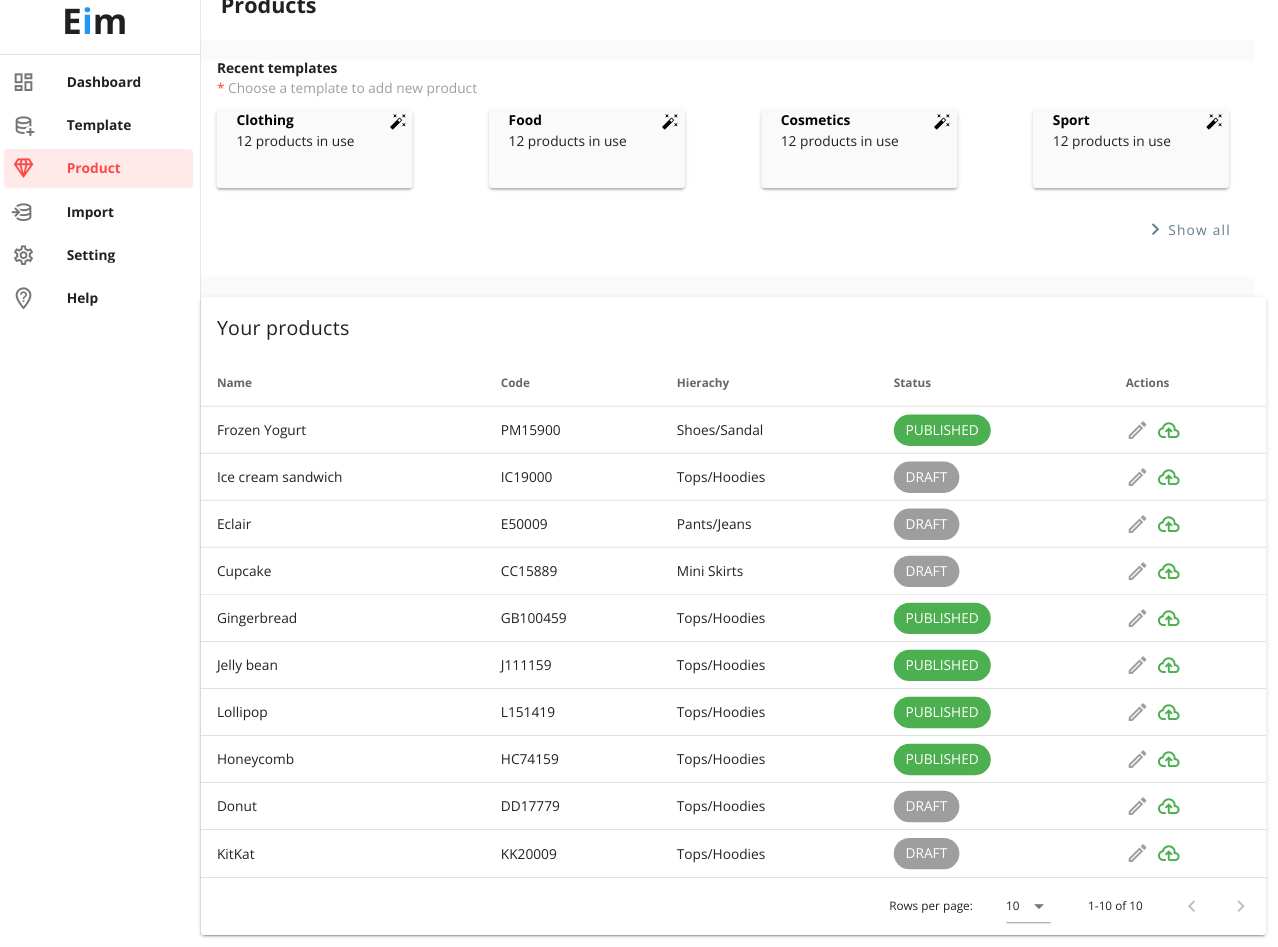
Repository: nguyenphuong152/pim-template
Page: /product
An editor plug-in stored every save of this project. The page is shown before and after the next save, followed by the edit.
The browser window is 1280 px wide. The page is 1304 px wide, so the pictures cover 1304 px, including what lies to the right of the window. The pictures show the whole page, at 98% of full size.
The project was rebuilt for these pictures with package versions that can differ from the ones it lists, and the page was loaded fresh each time. Also part of the build but not shown: vue.config.js, src/views/Home.vue, src/components/Outcome_1/SearchTemplate.vue, src/components/Outcome_1/YourTemplate.vue, src/components/Outcome_1/ListComponent.vue, src/components/Outcome_1/AddInfo.vue, src/components/Outcome_1/AddDetail.vue, src/components/Outcome_1/ListComponentProgressive.vue and 18 more.

Above is the page before, as saved 2021-01-19 00:10:25.

### public/index.html
<!DOCTYPE html>
<html lang="en">
  <head>
    <meta charset="utf-8" />
    <meta http-equiv="X-UA-Compatible" content="IE=edge" />
    <meta name="viewport" content="width=device-width,initial-scale=1.0" />
    <link rel="icon" href="<%= BASE_URL %>favicon.ico" />
    <link rel="preconnect" href="https://fonts.gstatic.com" />
    <link rel="preconnect" href="https://fonts.gstatic.com" />
    <link rel="preconnect" href="https://fonts.gstatic.com" />
    <link
      href="https://fonts.googleapis.com/css2?family=Open+Sans:wght@300;400;600;700;800&display=swap"
      rel="stylesheet"
    />
    <link
      href="https://fonts.googleapis.com/css?family=Montserrat:300,400,500,600,700"
      rel="stylesheet"
    />
    <title><%= htmlWebpackPlugin.options.title %></title>
    <link
      rel="stylesheet"
      href="https://fonts.googleapis.com/css?family=Roboto:100,300,400,500,700,900"
    />
    <link
      rel="stylesheet"
      href="https://cdn.jsdelivr.net/npm/@mdi/font@latest/css/materialdesignicons.min.css"
    />
  </head>
  <body>
    <noscript>
      <strong
        >We're sorry but <%= htmlWebpackPlugin.options.title %> doesn't work
        properly without JavaScript enabled. Please enable it to
        continue.</strong
      >
    </noscript>
    <div id="app"></div>
    <!-- built files will be auto injected -->
  </body>
</html>

### src/main.js
import Vue from "vue";
import App from "./App.vue";
import router from "./router";
import "../sass/style.scss";
import vuetify from "./plugins/vuetify";
import store from "./store";
import { VueMaskDirective } from "v-mask";
Vue.directive("mask", VueMaskDirective);

Vue.config.productionTip = false;

new Vue({
  store,
  router,
  vuetify,
  render: (h) => h(App),
}).$mount("#app");

### src/App.vue
<template>
  <v-app v-bind:style="{ background: activeColor }">
    <v-card height="80" flat class="hidden-md-and-up align-baseline">
      <v-row style="height:0px">
        <v-col class="px-0" cols="3">
          <span class="logo text-start">
            E<span class="blue--text">i</span>m</span
          >
        </v-col>
        <v-col>
          <div class="text-end">
            <v-menu offset-y>
              <template v-slot:activator="{ on }">
                <v-app-bar-nav-icon v-on="on"></v-app-bar-nav-icon>
              </template>
              <v-list>
                <v-list-item
                  v-for="(item, index) in items"
                  :key="index"
                  :to="item.path"
                  color="blue"
                >
                  <v-list-item-title class="text-start">{{
                    item.title
                  }}</v-list-item-title>
                </v-list-item>
              </v-list>
            </v-menu>
          </div>
        </v-col>
      </v-row>
    </v-card>

    <v-row>
      <v-col cols="2" class="pa-0 hidden-xs-only">
        <v-navigation-drawer permanent width="220" class="hidden-xs-only">
          <v-list-item>
            <v-list-item-content>
              <v-list-item-title class="logo">
                E<span class="blue--text">i</span>m
              </v-list-item-title>
            </v-list-item-content>
          </v-list-item>

          <v-divider></v-divider>

          <v-list dense nav class="text-start pl-4">
            <v-list-item
              v-for="item in items"
              :key="item.title"
              :to="item.path"
              color="#FF4848"
            >
              <v-list-item-icon>
                <v-icon>{{ item.icon }}</v-icon>
              </v-list-item-icon>
              <v-list-item-content>
                <v-list-item-title class="template-title font-weight-bold ">{{
                  item.title
                }}</v-list-item-title>
              </v-list-item-content>
            </v-list-item>
          </v-list>
        </v-navigation-drawer>
      </v-col>
      <v-col class="pa-0">
        <router-view />
      </v-col>
    </v-row>
  </v-app>
</template>

<script>
export default {
  name: "App",
  components: {},
  watch: {
    $route(to) {
      document.title = `${to.meta.title}`;
    },
  },
  data() {
    return {
      clicked: false,
      activeColor: "#FAFAFA",
      items: [
        { title: "Dashboard", icon: "mdi-view-dashboard-outline", path: "" },
        {
          title: "Template",
          icon: "mdi-database-plus-outline",
          path: "/template",
        },
        { title: "Product", icon: "mdi-diamond-stone", path: "/product" },
        {
          title: "Import",
          icon: "mdi-database-import-outline",
          path: "/import",
        },

        { title: "Setting", icon: "mdi-cog-outline", path: "" },
        { title: "Help", icon: "mdi-map-marker-question-outline", path: "" },
      ],
      right: null,
    };
  },
};
</script>

### src/router/index.js
import Vue from "vue";
import VueRouter from "vue-router";
import Home from "../views/Home.vue";
import Template from "../views/Outcome_1/CreateProductTemplate.vue";
import Product from "../views/Outcome_2/Outcome_2_screen.vue";
import AddProduct from "../views/Outcome_2/AddProduct.vue";
import Import from "../views/Outcome_3/outcome3_screen.vue";

Vue.use(VueRouter);

const routes = [
  {
    path: "/",
    name: "Home",
    component: Home,
  },
  {
    path: "/template",
    name: "Template",
    component: Template,
    meta: {
      title: "Add Template",
    },
  },
  {
    path: "/product",
    name: "Product",
    component: Product,
    meta: {
      title: "Product",
    },
  },
  {
    path: "/addproduct/:name",
    name: "AddProduct",
    component: AddProduct,
    meta: {
      title: "Add Product",
    },
  },
  {
    path: "/import",
    name: "Import",
    component: Import,
    meta: {
      title: "Import",
    },
  },
  {
    path: "/about",
    name: "About",
    // route level code-splitting
    // this generates a separate chunk (about.[hash].js) for this route
    // which is lazy-loaded when the route is visited.
    component: () =>
      import(/* webpackChunkName: "about" */ "../views/About.vue"),
  },
];

const router = new VueRouter({
  mode: "history",
  base: process.env.BASE_URL,
  routes,
});

export default router;

### sass/style.scss
$font-primary: 'Open Sans',
sans-serif;

@import "~vuetify/src/styles/styles.sass";

$fontsize-content: 14px;
$fontsize-title: 24px;
$fontsize-logo:36px;
$fontsize-header:22px;
$fontsize-nav:20px;


#app {
  font-family: $font-primary;
   font-size:$fontsize-content;
  -webkit-font-smoothing: antialiased;
  -moz-osx-font-smoothing: grayscale;
  text-align: center;
  color: #2c3e50;
}

#nav {
  padding: 30px;
}

#nav a {
  font-weight: bold;
  color: #2c3e50;
}

#nav a.router-link-exact-active {
  color: #42b983;
}

.title {
  font: $font-primary !important;
  font-size: $fontsize-nav !important;
}

.logo {
  @extend .title;
  font-weight: 700 !important;
  font-size: $fontsize-logo !important;
}

.text-header {
  font: $font-primary !important;
  font-size: $fontsize-header !important;
  font-weight: 700;
}


.template-title {
  @extend .title;
  font-size: $fontsize-content !important;
}

### src/store/index.js
import Vue from "vue";
import Vuex from "vuex";

Vue.use(Vuex);

import state from "./state";
import * as getters from "./getters";
import * as mutations from "./mutations";
import * as actions from "./actions";

export default new Vuex.Store({
  state,
  getters,
  mutations,
  actions,
});

### src/views/Outcome_2/Outcome_2_screen.vue
<template>
  <div>
    <v-row>
      <v-col height="100%"
        ><Search />
        <br />
        <RecentTemplate />
        <br />
        <ListProduct
          :class="{
            'mx-6': $vuetify.breakpoint.smAndDown,
            'ma-0': $vuetify.breakpoint.mdAndUp,
          }"
        />
      </v-col>
    </v-row>
  </div>
</template>

<script>
import Search from "../../components/Outcome_2/SearchProduct";
import RecentTemplate from "../../components/Outcome_2/RecentTemplate";
import ListProduct from "../../components/Outcome_2/ListProduct";
export default {
  components: {
    Search,
    RecentTemplate,
    ListProduct,
  },
};
</script>

<style></style>

### src/store/state.js
export default {
  listNewComponent: [],

  basicInfo: [],
  textComponent: [],
  imageComponent: null,
  videoComponent: null,
  colorComponent: null,
  dateComponent: [],
  selectComponent: {
    selectionTitle: [],
  },
  listTemplate: [],
  customComponent: [],

  toogleRerenderComponent: 0,
  generateImage: 1,
};

### src/store/getters.js
export const listComponent = (state) => {
  return state.listNewComponent;
};

export const basicInfo = (state) => {
  return state.basicInfo;
};

export const textComponent = (state) => {
  return state.textComponent;
};
export const imageComponent = (state) => {
  return state.imageComponent;
};
export const videoComponent = (state) => {
  return state.videoComponent;
};
export const colorComponent = (state) => {
  return state.colorComponent;
};
export const dateComponent = (state) => {
  return state.dateComponent;
};
export const selectComponent = (state) => {
  return state.selectComponent;
};

export const key = (state) => {
  return state.toogleRerenderComponent;
};

export const listTemplate = (state) => {
  return state.listTemplate;
};

export const generateImage = (state) => {
  return state.generateImage;
};

### src/store/actions.js
export const addComponentToList = ({ commit }, { component }) => {
  commit("ADD_TO_LIST", { component });
};

export const deleteComponentFromList = ({ commit }, component) => {
  commit("DELETE_FROM_LIST", component);
};

export const addBasicInfoForTemplate = ({ commit }, { basicInfo }) => {
  commit("ADD_BASIC_INFO_FOR_TEMPLATE", basicInfo);
};

export const addTextComponentForTemplate = ({ commit }, { textComponent }) => {
  commit("ADD_TEXT_COMPONENT_FOR_TEMPLATE", textComponent);
};

export const addImageComponentForTemplate = ({ commit }, { countImage }) => {
  commit("ADD_IMAGE_COMPONENT_FOR_TEMPLATE", countImage);
};

export const addVideoComponentForTemplate = ({ commit }, { countVideo }) => {
  commit("ADD_VIDEO_COMPONENT_FOR_TEMPLATE", countVideo);
};

export const addColorComponentForTemplate = ({ commit }, { countColor }) => {
  commit("ADD_COLOR_COMPONENT_FOR_TEMPLATE", countColor);
};

export const addDateComponentForTemplate = ({ commit }, { dateComponent }) => {
  commit("ADD_DATE_COMPONENT_FOR_TEMPLATE", dateComponent);
};

export const addSelectComponentForTemplate = (
  { commit },
  { title, selections }
) => {
  commit("ADD_SELECT_COMPONENT_FOR_TEMPLATE", { title, selections });
};

export const rerenderComponent = ({ commit }) => {
  commit("RERENDER_COMPONENT");
};

export const generateImage = ({ commit }) => {
  commit("GENERATE_IMAGE");
};

export const deleteListTemplate = ({ commit }) => {
  commit("DELETE_LIST");
};

export const createTemplate = (
  { commit },
  {
    name,
    basicInfo,
    textComponent,
    imageComponent,
    videoComponent,
    colorComponent,
    dateComponent,
    selectComponent,
  }
) => {
  commit("CREATE_TEMPLATE", {
    name,
    basicInfo,
    textComponent,
    imageComponent,
    videoComponent,
    colorComponent,
    dateComponent,
    selectComponent,
  });
};

### src/components/Outcome_2/SearchProduct.vue
<template>
  <v-card class="text-start" height="65" flat>
    <v-row class="d-flex align-baseline">
      <v-col md="10" class="text-header pl-8">Products</v-col>
    </v-row>
  </v-card>
</template>

<script>
export default {
  methods: {},
};
</script>

<style></style>

### src/components/Outcome_2/RecentTemplate.vue
<template>
  <v-card :height="setHeight" width="100%" class="py-2" flat>
    <v-row class="align-baseline mx-4">
      <v-col class="py-0 text-start px-0" cols="9"
        ><span class="font-weight-bold">Recent templates</span>
      </v-col>
    </v-row>
    <v-row class="mx-4">
      <span class="grey--text"
        ><span class="red--text">* </span> Choose a template to add new
        product</span
      >
    </v-row>
    <v-row>
      <v-col v-for="(item, i) in items" :key="i" class="mx-4 " xs="6">
        <v-card
          color="#fafafa"
          :width="setWidthCard"
          height="80"
          @click="addProduct(item.name)"
        >
          <div class="d-flex child-flex justify-space-between">
            <v-row>
              <v-col class="text-start pl-8">
                <span class="template-title font-weight-bold black--text">{{
                  item.name
                }}</span>
                <br />
                <span class="font-weight-thin">{{ item.products }}</span>
              </v-col>
              <v-col cols="1">
                <v-icon color="black" size="18" @click="showAddTemplate()"
                  >mdi-auto-fix</v-icon
                >
              </v-col>
            </v-row>
          </div>
        </v-card>
      </v-col>
      <v-row class="align-baseline hidden-md-and-up">
        <v-col class="text-start pl-10">
          <v-btn outlined style="text-transform:none" color="blue"
            >Add template</v-btn
          >
        </v-col>
        <v-col cols="5">
          <v-dialog v-model="dialog" scrollable max-width="300px">
            <template v-slot:activator="{ on, attrs }">
              <v-btn
                color="blue-grey"
                dark
                v-bind="attrs"
                v-on="on"
                text
                style="text-transform:none"
              >
                <v-icon color="blue-grey"> mdi-chevron-right </v-icon>Show all
              </v-btn>
            </template>
            <v-card height="100%">
              <v-card-title>
                Your template
                <v-spacer></v-spacer>
                <v-icon color="red" @click="dialog = false"
                  >mdi-window-close</v-icon
                >
              </v-card-title>
              <v-divider></v-divider>
              <v-card-text style="height:500px;">
                <v-col v-for="(item, i) in templates" :key="i"
                  ><v-card color="#fafafa" @click="addProduct(item.name)">
                    <div class="d-flex flex-no-wrap justify-space-between">
                      <div>
                        <v-row>
                          <v-col class="text-start pl-8">
                            <span
                              class="template-title font-weight-bold black--text"
                              >{{ item.name }}</span
                            >
                            <br />
                            <span class="font-weight-thin">{{
                              item.products
                            }}</span>
                          </v-col>
                        </v-row>
                      </div>
                    </div>
                  </v-card></v-col
                ></v-card-text
              >
            </v-card>
          </v-dialog>
        </v-col>
      </v-row>
    </v-row>
    <v-row>
      <v-col cols="10" class="px-0"></v-col>
      <v-col class="px-0">
        <v-dialog v-model="dialog" scrollable max-width="300px">
          <template v-slot:activator="{ on, attrs }">
            <v-btn
              color="blue-grey"
              dark
              v-bind="attrs"
              v-on="on"
              text
              style="text-transform:none"
            >
              <v-icon color="blue-grey"> mdi-chevron-right </v-icon>Show all
            </v-btn>
          </template>
          <v-card height="100%">
            <v-card-title>
              Your template
              <v-spacer></v-spacer>
              <v-icon color="red" @click="dialog = false"
                >mdi-window-close</v-icon
              >
            </v-card-title>
            <v-divider></v-divider>
            <v-card-text style="height:500px;">
              <v-col v-for="(item, i) in templates" :key="i"
                ><v-card color="#fafafa" @click="addProduct(item.name)">
                  <div class="d-flex flex-no-wrap justify-space-between">
                    <div>
                      <v-row>
                        <v-col class="text-start pl-8">
                          <span
                            class="template-title font-weight-bold black--text"
                            >{{ item.name }}</span
                          >
                          <br />
                          <span class="font-weight-thin">{{
                            item.products
                          }}</span>
                        </v-col>
                      </v-row>
                    </div>
                  </div>
                </v-card></v-col
              ></v-card-text
            >
          </v-card>
        </v-dialog>
      </v-col>
    </v-row>
  </v-card>
</template>

<script>
export default {
  data: () => ({
    dialog: false,
    items: [
      {
        name: "Clothing",
        products: "12 products in use",
      },
      {
        name: "Food",
        products: "12 products in use",
      },
      {
        name: "Cosmetics",
        products: "12 products in use",
      },
      {
        name: "Sport",
        products: "12 products in use",
      },
    ],
    templates: [
      {
        name: "Clothing",
        products: "12 products in use",
      },
      {
        name: "Food",
        products: "12 products in use",
      },
      {
        name: "Cosmetics",
        products: "12 products in use",
      },
      {
        name: "Sport",
        products: "12 products in use",
      },
    ],
  }),
  methods: {
    addProduct(text) {
      this.$router.push({
        name: "AddProduct",
        params: { name: text },
      });
    },
  },
  created() {
    this.listTemplate = this.$store.getters.listTemplate;
    for (var i = 0; i < this.listTemplate.length; i++) {
      var element = {};
      element.name = this.listTemplate[i].name;
      element.products = "Add new product !";
      this.templates.unshift(element);
    }
  },
  computed: {
    setHeight() {
      if (
        this.$vuetify.breakpoint.name === "xs" ||
        this.$vuetify.breakpoint.name === "sm"
      ) {
        return 350;
      } else return 220;
    },
    setWidthCard() {
      if (
        this.$vuetify.breakpoint.name === "xs" ||
        this.$vuetify.breakpoint.name === "sm"
      ) {
        return 150;
      } else if (this.$vuetify.breakpoint.name === "md") {
        return 200;
      } else return 200;
    },
  },
};
</script>

<style></style>

### src/components/Outcome_2/ListProduct.vue
<template>
  <v-card>
    <v-card-title>
      Your products
    </v-card-title>
    <v-data-table :headers="headers" :items="desserts">
      <template v-slot:item.status="{ item }">
        <v-chip :color="getColor(item.status)" dark>
          {{ item.status }}
        </v-chip>
      </template>
      <template v-slot:item.actions="{ item }">
        <v-icon medium class="mr-2" @click="editItem(item)" color="grey">
          mdi-pencil-outline
        </v-icon>
        <v-icon medium @click="deleteItem(item)" color="green">
          mdi-cloud-upload-outline
        </v-icon>
      </template>
    </v-data-table>
  </v-card>
</template>

<script>
export default {
  data() {
    return {
      search: "",
      headers: [
        {
          text: "Name",
          align: "start",
          sortable: false,
          value: "name",
        },
        { text: "Code", value: "code" },
        { text: "Hierachy", value: "hierachy" },
        { text: "Status", value: "status" },
        { text: "Actions", value: "actions", sortable: false },
      ],
      desserts: [
        {
          name: "Frozen Yogurt",
          code: "PM15900",
          hierachy: "Shoes/Sandal",
          status: "PUBLISHED",
        },
        {
          name: "Ice cream sandwich",
          code: "IC19000",
          hierachy: "Tops/Hoodies",
          status: "DRAFT",
        },
        {
          name: "Eclair",
          code: "E50009",
          hierachy: "Pants/Jeans",
          status: "DRAFT",
        },
        {
          name: "Cupcake",
          code: "CC15889",
          hierachy: "Mini Skirts",
          status: "DRAFT",
        },
        {
          name: "Gingerbread",
          code: "GB100459",
          hierachy: "Tops/Hoodies",
          status: "PUBLISHED",
        },
        {
          name: "Jelly bean",
          code: "J111159",
          hierachy: "Tops/Hoodies",
          status: "PUBLISHED",
        },
        {
          name: "Lollipop",
          code: "L151419",
          hierachy: "Tops/Hoodies",
          status: "PUBLISHED",
        },
        {
          name: "Honeycomb",
          code: "HC74159",
          hierachy: "Tops/Hoodies",
          status: "PUBLISHED",
        },
        {
          name: "Donut",
          code: "DD17779",
          hierachy: "Tops/Hoodies",
          status: "DRAFT",
        },
        {
          name: "KitKat",
          code: "KK20009",
          hierachy: "Tops/Hoodies",
          status: "DRAFT",
        },
      ],
    };
  },
  methods: {
    getColor(status) {
      if (status === "DRAFT") return "grey";
      else return "green";
    },
  },
};
</script>

Loaded but not shown: src/plugins/vuetify.js (common file); src/store/mutations.js (113 lines, source omitted)

After the next save:
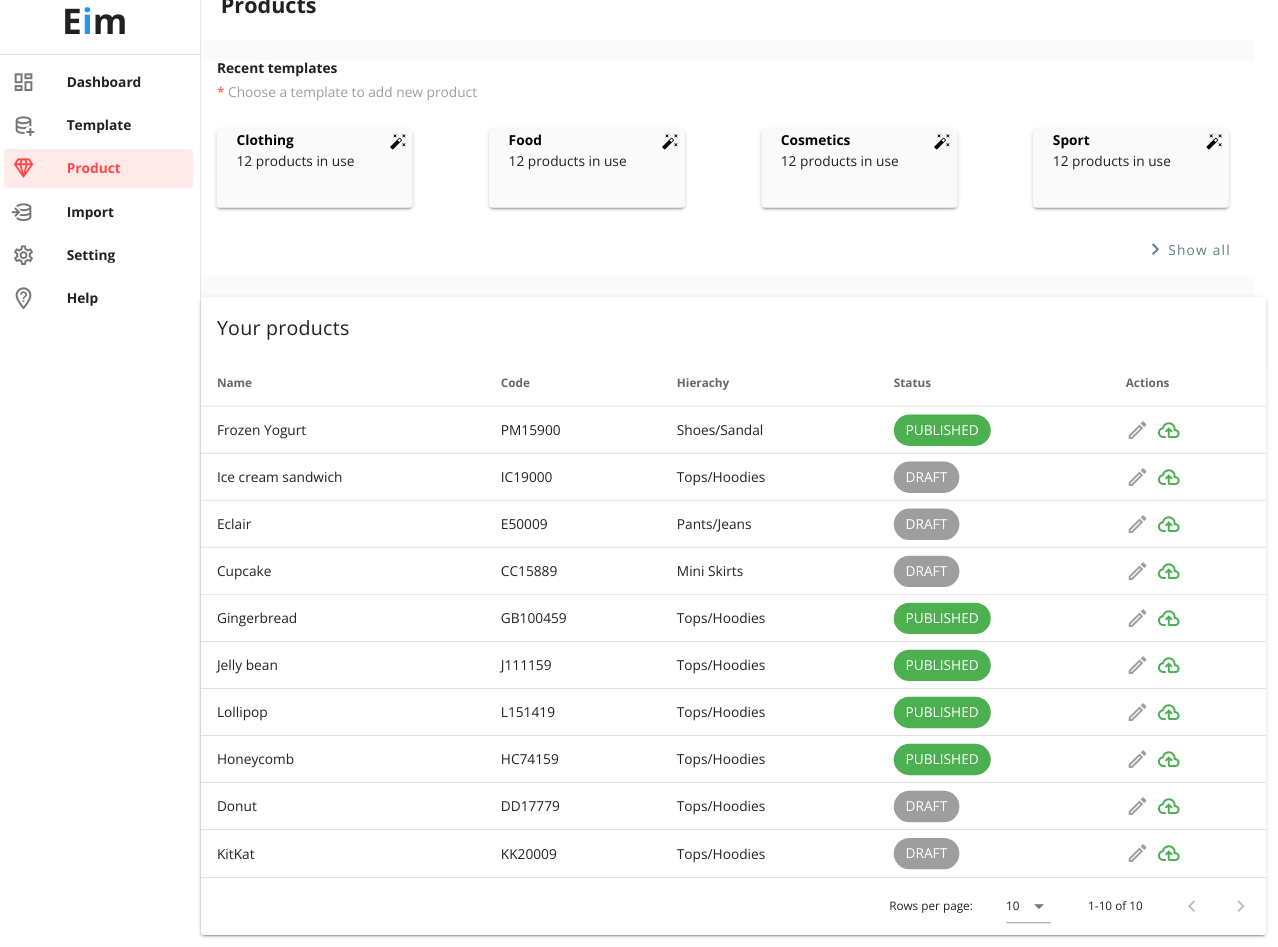
Saved 25 s later.
--- a/src/components/Outcome_2/RecentTemplate.vue
+++ b/src/components/Outcome_2/RecentTemplate.vue
@@ -5,7 +5,7 @@
         ><span class="font-weight-bold">Recent templates</span>
       </v-col>
     </v-row>
-    <v-row class="mx-4">
+    <v-row class="mx-4 my-4">
       <span class="grey--text"
         ><span class="red--text">* </span> Choose a template to add new
         product</span
